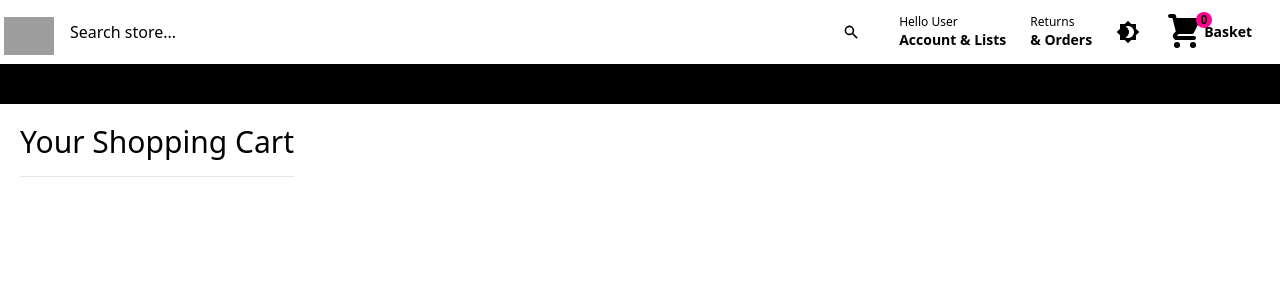
Repository: MarkusDavis/markus-davis-store
Page: /checkout
These files come from the project's save history. The page is drawn as it stood at one moment and after the next save; the edit follows.
The browser window is 1280 px wide. The pictures show the whole page.
Pictures or frames that could not be fetched are drawn as grey boxes. The project was rebuilt for these pictures with package versions that can differ from the ones it lists, and the page was loaded fresh each time. The framework's server and built-in components were replaced by stand-ins that run in the browser. Also part of the build but not shown: next.config.js.

Above is the page before, as saved 2022-10-10 22:14:33.

After the next save:
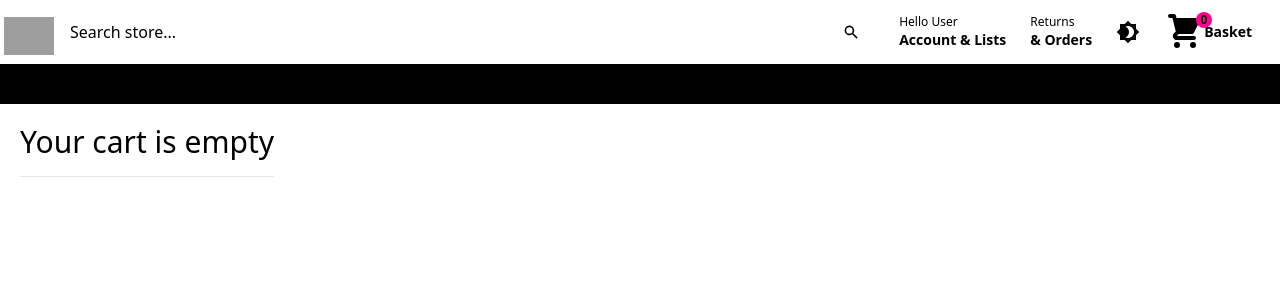
Saved 4 min 55 s later.
--- a/src/pages/checkout.js
+++ b/src/pages/checkout.js
@@ -1,15 +1,34 @@
 import Image from "next/image";
 import React from "react";
+import { useSelector } from "react-redux";
+import CheckoutProduct from "../components/CheckoutProduct";
 import Header from "../components/Header";
+import { selectItems } from "../slices/basketSlice";
 
 function checkout() {
+  const items = useSelector(selectItems);
   return (
     <div className="">
       <Header />
 
       <main className="lg:flex max-w-screen-2xl mx-auto">
         <div className="flex flex-col p-5 space-y-10">
-          <h1 className="text-3xl border-b pb-4">Your Shopping Cart</h1>
+          <h1 className="text-3xl border-b pb-4">
+            {items.length === 0 ? "Your cart is empty" : "Your Shopping Cart"}
+          </h1>
+          {items.map((item, i) => (
+            <CheckoutProduct
+              key={i}
+              id={item.id}
+              title={item.title}
+              rating={item.rating}
+              price={item.price}
+              description={item.description}
+              category={item.category}
+              image={item.image}
+              hasPlus={item.hasPlus}
+            />
+          ))}
         </div>
       </main>
     </div>
